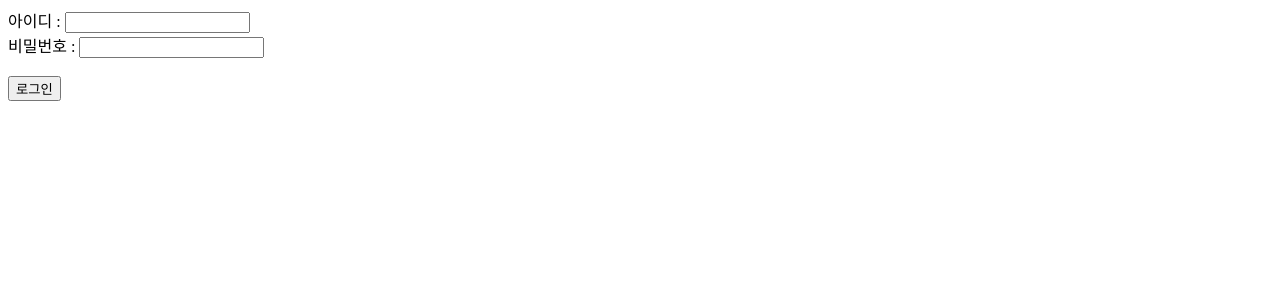
Repository: polikiki/Connor-s-team-projectt
Page: http://localhost/proj7_spring/loginForm.do
The author's editor kept a copy of each file at every save. The page is drawn from the files as they stood at one save, then again after the next save.
The browser window is 1280 px wide. The pictures show the whole page.
The page is served by Tomcat 9.

Above is the page before, as saved 2024-09-24 05:08:52.

After the next save:
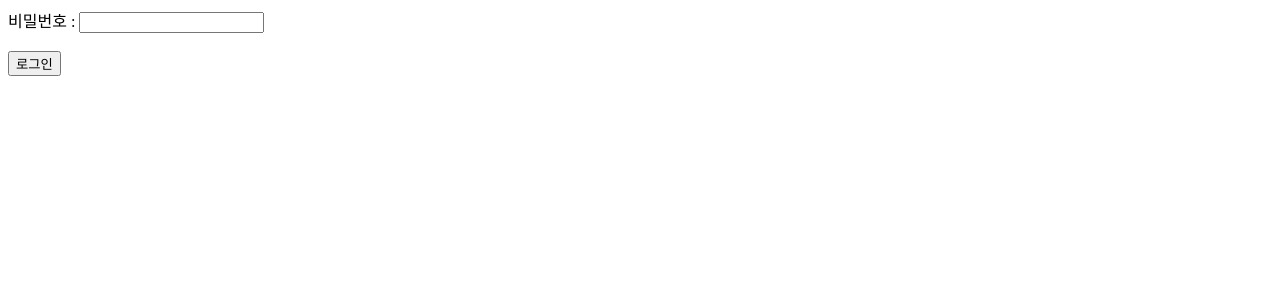
Saved 2 min 35 s later.
--- a/workspace_java/proj7_spring/src/main/webapp/WEB-INF/views/login.jsp
+++ b/workspace_java/proj7_spring/src/main/webapp/WEB-INF/views/login.jsp
@@ -9,7 +9,7 @@
 <body>
 
 <form method="post" action="login2">
-	아이디 : <input type="text" name="userID"><br>
+<!-- 	아이디 : <input type="text" name="userID"><br> -->
 	비밀번호 : <input type="text" name="userPW"><br>
 	<br>
 	<input type="submit" value="로그인">

After the save that followed:
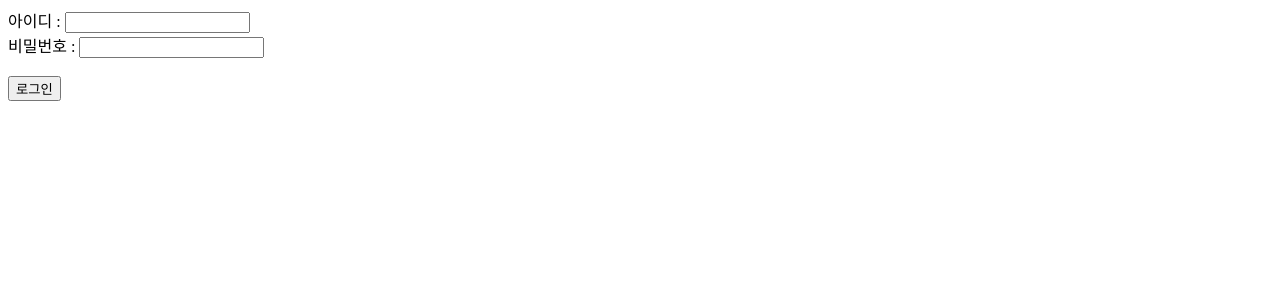
Saved 11 min 14 s later.
--- a/workspace_java/proj7_spring/src/main/webapp/WEB-INF/views/login.jsp
+++ b/workspace_java/proj7_spring/src/main/webapp/WEB-INF/views/login.jsp
@@ -9,7 +9,7 @@
 <body>
 
 <form method="post" action="login2">
-<!-- 	아이디 : <input type="text" name="userID"><br> -->
+	아이디 : <input type="text" name="userID"><br>
 	비밀번호 : <input type="text" name="userPW"><br>
 	<br>
 	<input type="submit" value="로그인">
